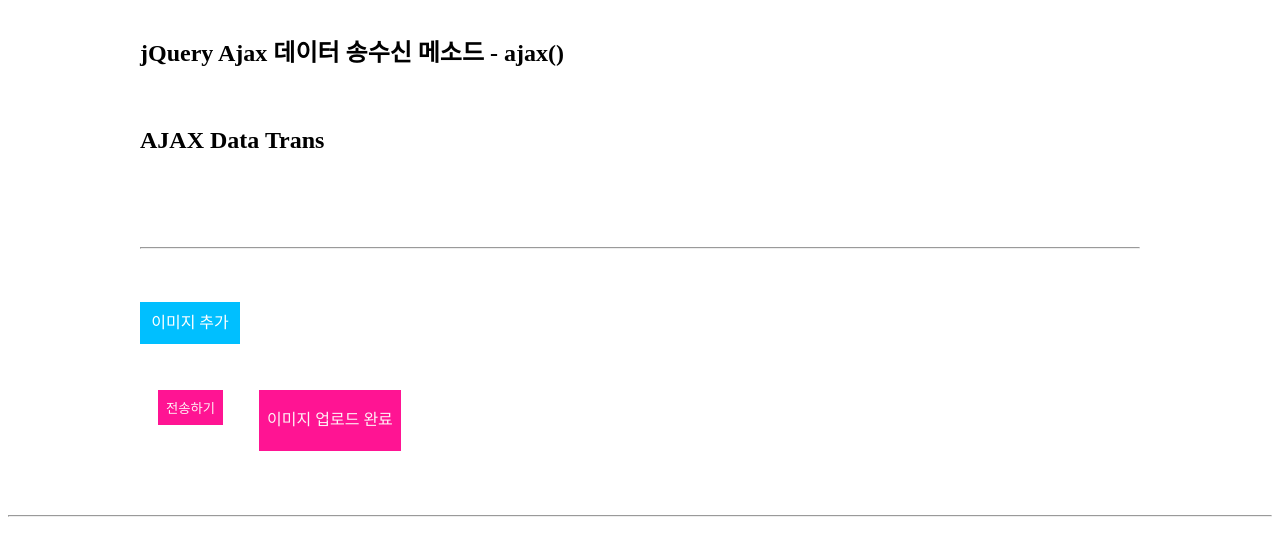
Repository: okgunyang/pro06_1
Page: http://localhost/ajax/test5
An editor plug-in stored every save of this project. The page is shown before and after the next save, followed by the edit.
The browser window is 1280 px wide. The pictures show the whole page.
The page is this project's Thymeleaf template; nobody is signed in. The template is opened directly, without the code that normally fills it, so the values that code supplies are empty.

Above is the page before, as saved 2022-12-23 04:44:25.

After the next save:
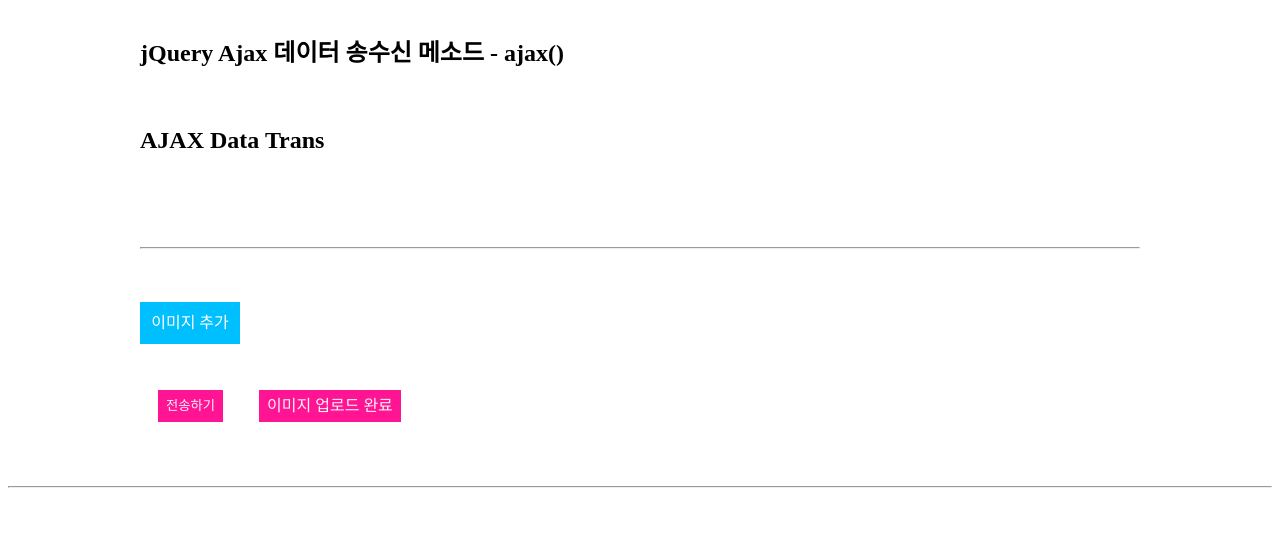
Saved 4 s later.
--- a/myapp/src/main/resources/templates/ajax/test5.html
+++ b/myapp/src/main/resources/templates/ajax/test5.html
@@ -17,7 +17,7 @@
     .table th { border-top:2px solid #333; }
     .table td, .table th { border-bottom:2px solid #333; }
     #addBtn { display:block; width:100px; height:42px; line-height:42px; background:deepskyblue; cursor: pointer; margin-bottom:28px; text-align:center; color:#fff; }
-	#submitBtn, #proBtn { border:none; display:block; padding:8px; background:deeppink; color: #FFF2F6; cursor:pointer; margin:18px; float:left; text-decoration:none; box-sizing:border-box; line-hight:16px; }
+	#submitBtn, #proBtn { border:none; display:block; padding:8px; background:deeppink; color: #FFF2F6; cursor:pointer; margin:18px; float:left; text-decoration:none; box-sizing:border-box; line-height:16px; }
     </style>
 </head>
 <body>
